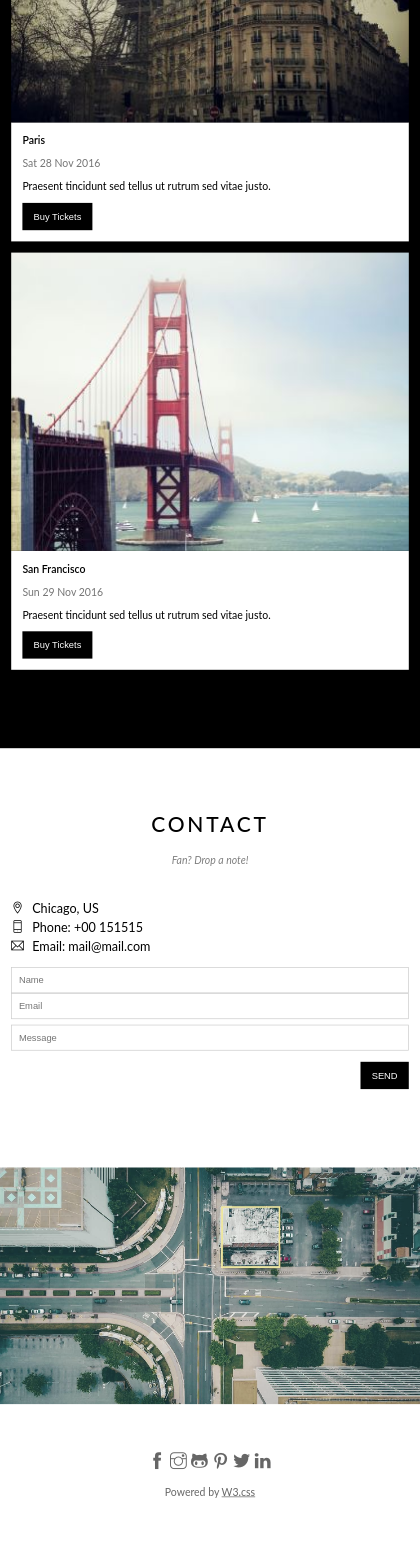
Repository: tatvanhco/web-dau-tay
Page: index.html
The author's editor kept a copy of each file at every save. The page is drawn from the files as they stood at one save, then again after the next save.
The browser window is 600 px wide. The pictures show the part of the page from y = 3307 to 5547 px (the page is 5531 px tall before and 5547 px after), at 70% of full size.

Above is the page before, as saved 2022-01-24 22:17:35.

After the next save:
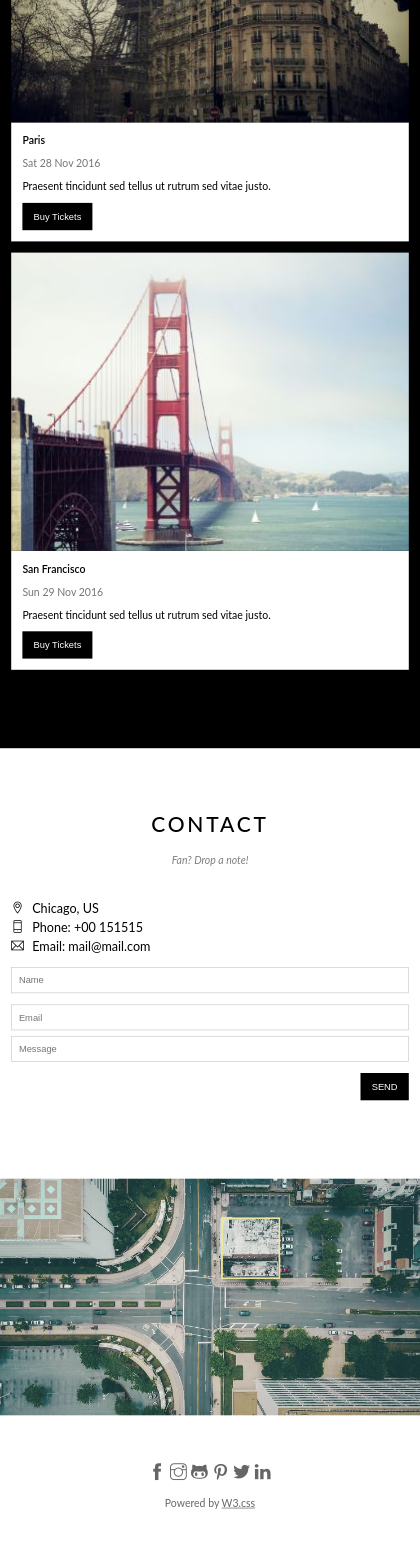
Saved 35 s later.
--- a/assets/css/responsive.css
+++ b/assets/css/responsive.css
@@ -12,6 +12,10 @@
 @media (max-width: 723px) {
     .s-col-full {
         width: 100%;
+    }
+
+    .s-mt-16 {
+        margin-top: 16px !important;
     }
 
     #nav {
@@ -64,7 +68,5 @@
         margin-top: 16px;
     }
 
-    .s-mt-8 {
-        margin-top: 8px;
-    }
+
 }

After the 2 saves that followed:
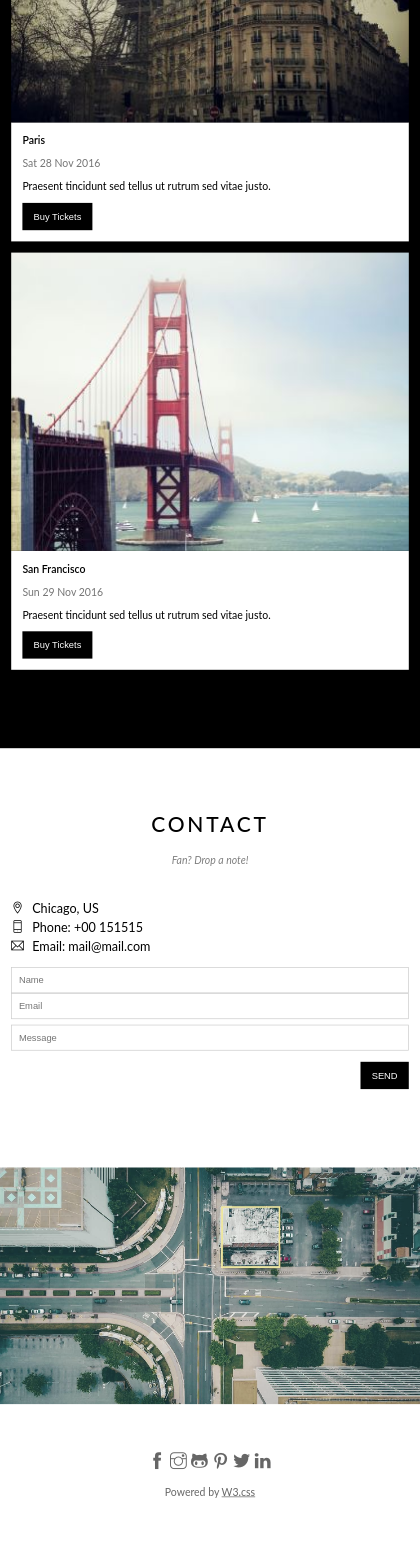
The 2 saves are shown as one change because 1 left the picture as it was.
The last was saved 18 s later.
--- a/assets/css/responsive.css
+++ b/assets/css/responsive.css
@@ -11,11 +11,11 @@
 /* giao diện mobile */
 @media (max-width: 723px) {
     .s-col-full {
-        width: 100%;
+        width: 100% !important;
     }
 
-    .s-mt-16 {
-        margin-top: 16px !important;
+    .s-mt-8 {
+        margin-top: 8px !important;
     }
 
     #nav {
